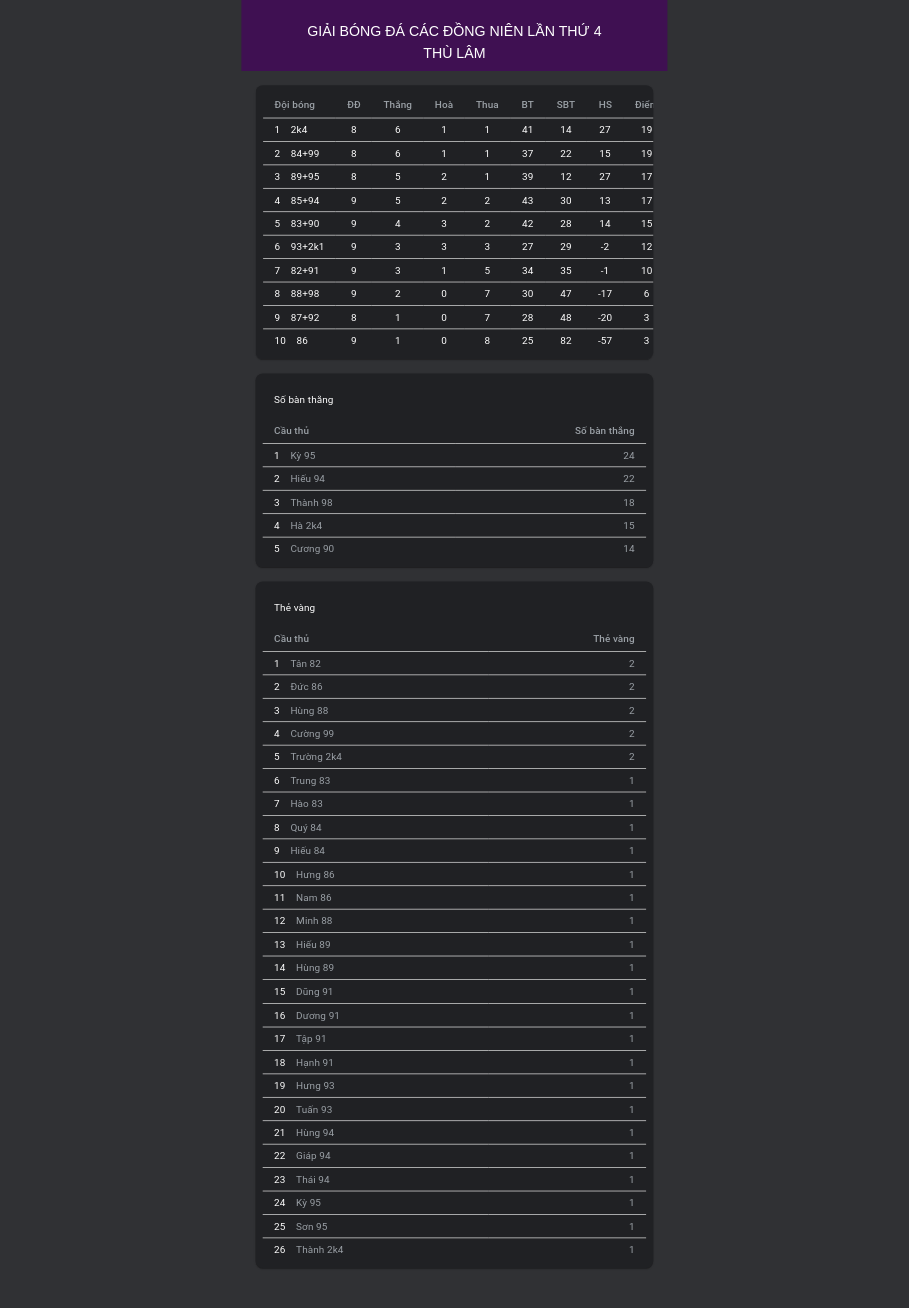
Repository: tuan842001/thulam
Page: /
An editor plug-in stored every save of this project. The page is shown before and after the next save, followed by the edit.
The browser window is 1280 px wide. The pictures show the whole page, at 71% of full size.
The project was rebuilt for these pictures with package versions that can differ from the ones it lists, and the page was loaded fresh each time.

Above is the page before, as saved 2022-01-11 16:05:11.

### public/index.html
<!DOCTYPE html>
<html lang="en">
  <head>
    <meta charset="utf-8" />
    <link rel="icon" href="%PUBLIC_URL%/favicon.ico" />
    <meta name="viewport" content="width=device-width, initial-scale=1" />
    <meta name="theme-color" content="#000000" />
    <meta
      name="description"
      content="Web site created using create-react-app"
    />

    <link href="https://cdn.jsdelivr.net/npm/bootstrap@5.1.3/dist/css/bootstrap.min.css" rel="stylesheet" integrity="sha384-1BmE4kWBq78iYhFldvKuhfTAU6auU8tT94WrHftjDbrCEXSU1oBoqyl2QvZ6jIW3" crossorigin="anonymous">
<script src="https://cdn.jsdelivr.net/npm/bootstrap@5.1.3/dist/js/bootstrap.bundle.min.js" integrity="sha384-ka7Sk0Gln4gmtz2MlQnikT1wXgYsOg+OMhuP+IlRH9sENBO0LRn5q+8nbTov4+1p" crossorigin="anonymous"></script>
    <title>GIẢI BÓNG ĐÁ CÁC ĐỒNG NIÊN THÙ LÂM</title>
  </head>
  <body>
    <noscript>You need to enable JavaScript to run this app.</noscript>
    <div id="root"></div>

  </body>
</html>

### src/App.js
import "./App.css";
import { Header } from "./components/header/Header";
import Card from "./pages/card/Card";
import Statistical from "./pages/statistical/Statistical";
import UserList from "./pages/userList/UserList";

function App() {
  return (
    <div className="App" style={{ height: "102%" }}>
      <Header />
      <UserList />
      <Statistical />
      <Card />
    </div>
  );
}

export default App;

### src/App.css
body {
  margin: 0;
  font-family: 'Montserrat', sans-serif;
  background-color: #303134;
  display: flex;
  justify-content: center;
}

* {
  margin: 0;
}

@media screen and (max-width: 480px) {
  body {
    justify-content: normal;
  }
}

### src/components/header/Header.jsx
import * as React from "react";
import "./header.css";

export const Header = () => {
  return (
    <div className="header">
      <h4>GIẢI BÓNG ĐÁ CÁC ĐỒNG NIÊN LẦN THỨ 4</h4>
      <h3>THÙ LÂM</h3>
    </div>
  );
};

### src/pages/card/Card.jsx
import * as React from "react";
import Table from "@mui/material/Table";
import TableBody from "@mui/material/TableBody";
import TableCell from "@mui/material/TableCell";
import TableContainer from "@mui/material/TableContainer";
import TableHead from "@mui/material/TableHead";
import TableRow from "@mui/material/TableRow";
import Paper from "@mui/material/Paper";

function createData(order, name, goal) {
  return {
    order,
    name,
    goal,
  };
}

const rows = [
  createData(1, "Tân 82", 2),
  createData(2, "Đức 86", 2),
  createData(3, "Hùng 88", 2),
  createData(4, "Cường 99", 2),
  createData(5, "Trường 2k4", 2),
  createData(6, "Trung 83", 1),
  createData(7, "Hào 83", 1),
  createData(8, "Quý 84", 1),
  createData(9, "Hiếu 84", 1),
  createData(10, "Hưng 86", 1),
  createData(11, "Nam 86", 1),
  createData(12, "Minh 88", 1),
  createData(13, "Hiếu 89", 1),
  createData(14, "Hùng 89", 1),
  createData(15, "Dũng 91", 1),
  createData(16, "Dương 91", 1),
  createData(17, "Tập 91", 1),
  createData(18, "Hạnh 91", 1),
  createData(19, "Hưng 93", 1),
  createData(20, "Tuấn 93", 1),
  createData(21, "Hùng 94", 1),
  createData(22, "Giáp 94", 1),
  createData(23, "Thái 94", 1),
  createData(24, "Kỳ 95", 1),
  createData(25, "Sơn 95", 1),
  createData(26, "Thành 2k4", 1),
];

export default function Card() {
  return (
    <TableContainer
      component={Paper}
      style={{
        backgroundColor: "#202124",
        color: "#FFFF",
        margin: "20px",
        width: "560px",
        borderRadius: "10px",
        padding: "10px",
      }}
    >
      <TableCell style={{ color: "#FFFF", borderBottom: "none" }} align="right">
        Thẻ vàng
      </TableCell>
      <Table sx={{ minWidth: 500 }} size="small" aria-label="a dense table">
        <TableHead>
          <TableRow>
            <TableCell style={{ color: "#9aa0a6" }}>Cầu thủ</TableCell>
            <TableCell style={{ color: "#9aa0a6" }} align="right">
              Thẻ vàng
            </TableCell>
          </TableRow>
        </TableHead>
        <TableBody>
          {rows.map((row) => (
            <TableRow
              key={row.name}
              sx={{ "&:last-child td, &:last-child th": { border: 0 } }}
            >
              <TableCell
                component="th"
                scope="row"
                style={{ color: "#9aa0a6" }}
              >
                <span
                  style={{
                    color: "#fff",
                    marginRight: "15px",
                    textAlign: "center",
                  }}
                  align="center"
                >
                  {row.order}
                </span>
                {row.name}
              </TableCell>
              <TableCell style={{ color: "#9aa0a6" }} align="right">
                {row.goal}
              </TableCell>
            </TableRow>
          ))}
        </TableBody>
      </Table>
    </TableContainer>
  );
}

### src/pages/statistical/Statistical.jsx
import * as React from "react";
import Table from "@mui/material/Table";
import TableBody from "@mui/material/TableBody";
import TableCell from "@mui/material/TableCell";
import TableContainer from "@mui/material/TableContainer";
import TableHead from "@mui/material/TableHead";
import TableRow from "@mui/material/TableRow";
import Paper from "@mui/material/Paper";

function createData(order, name, goal) {
  return {
    order,
    name,
    goal,
  };
}

const rows = [
  createData(1, "Kỳ 95", 24),
  createData(2, "Hiếu 94", 22),
  createData(3, "Thành 98", 18),
  createData(4, "Hà 2k4", 15),
  createData(5, "Cương 90", 14),
];

export default function Statistical() {
  return (
    <TableContainer
      component={Paper}
      style={{
        backgroundColor: "#202124",
        color: "#FFFF",
        margin: "20px",
        width: "560px",
        borderRadius: "10px",
        padding: "10px",
      }}
    >
      <TableCell style={{ color: "#FFFF", borderBottom: "none" }} align="right">
        Số bàn thắng
      </TableCell>
      <Table sx={{ minWidth: 500 }} size="small" aria-label="a dense table">
        <TableHead>
          <TableRow>
            <TableCell style={{ color: "#9aa0a6" }}>Cầu thủ</TableCell>
            <TableCell style={{ color: "#9aa0a6" }} align="right">
              Số bàn thắng
            </TableCell>
          </TableRow>
        </TableHead>
        <TableBody>
          {rows.map((row) => (
            <TableRow
              key={row.name}
              sx={{ "&:last-child td, &:last-child th": { border: 0 } }}
            >
              <TableCell
                component="th"
                scope="row"
                style={{ color: "#9aa0a6" }}
              >
                <span
                  style={{
                    color: "#FFFF",
                    marginRight: "15px",
                    textAlign: "center",
                  }}
                  align="center"
                >
                  {row.order}
                </span>
                {row.name}
              </TableCell>
              <TableCell style={{ color: "#9aa0a6" }} align="right">
                {row.goal}
              </TableCell>
            </TableRow>
          ))}
        </TableBody>
      </Table>
    </TableContainer>
  );
}

### src/pages/userList/UserList.jsx
import * as React from "react";
import Table from "@mui/material/Table";
import TableBody from "@mui/material/TableBody";
import TableCell from "@mui/material/TableCell";
import TableContainer from "@mui/material/TableContainer";
import TableHead from "@mui/material/TableHead";
import TableRow from "@mui/material/TableRow";
import Paper from "@mui/material/Paper";

function createData(
  order,
  name,
  fought,
  win,
  draw,
  lose,
  goal,
  goals,
  difference,
  protein
) {
  return {
    order,
    name,
    fought,
    win,
    draw,
    lose,
    goal,
    goals,
    difference,
    protein,
  };
}

const rows = [
  createData(1, "2k4", 8, 6, 1, 1, 41, 14, 27, 19),
  createData(2, "84+99", 8, 6, 1, 1, 37, 22, 15, 19),
  createData(3, "89+95", 8, 5, 2, 1, 39, 12, 27, 17),
  createData(4, "85+94", 9, 5, 2, 2, 43, 30, 13, 17),
  createData(5, "83+90", 9, 4, 3, 2, 42, 28, 14, 15),
  createData(6, "93+2k1", 9, 3, 3, 3, 27, 29, -2, 12),
  createData(7, "82+91", 9, 3, 1, 5, 34, 35, -1, 10),
  createData(8, "88+98", 9, 2, 0, 7, 30, 47, -17, 6),
  createData(9, "87+92", 8, 1, 0, 7, 28, 48, -20, 3),
  createData(10, "86", 9, 1, 0, 8, 25, 82, -57, 3),
];

export default function UserList() {
  return (
    <TableContainer
      component={Paper}
      style={{
        backgroundColor: "#202124",
        color: "#FFFF",
        margin: "20px",
        width: "560px",
        borderRadius: "10px",
        padding: "10px",
      }}
    >
      <Table
        sx={{ minWidth: 500 }}
        size="small"
        aria-label="a dense table"
        className="TableSX"
      >
        <TableHead>
          <TableRow>
            <TableCell style={{ color: "#9aa0a6" }}>Đội bóng</TableCell>
            <TableCell style={{ color: "#9aa0a6" }} align="right">
              ĐĐ
            </TableCell>
            <TableCell style={{ color: "#9aa0a6" }} align="right">
              Thắng
            </TableCell>
            <TableCell style={{ color: "#9aa0a6" }} align="right">
              Hoà
            </TableCell>
            <TableCell style={{ color: "#9aa0a6" }} align="right">
              Thua
            </TableCell>
            <TableCell style={{ color: "#9aa0a6" }} align="right">
              BT
            </TableCell>
            <TableCell style={{ color: "#9aa0a6" }} align="right">
              SBT
            </TableCell>
            <TableCell style={{ color: "#9aa0a6" }} align="right">
              HS
            </TableCell>
            <TableCell style={{ color: "#9aa0a6" }} align="right">
              Điểm
            </TableCell>
          </TableRow>
        </TableHead>
        <TableBody>
          {rows.map((row) => (
            <TableRow
              key={row.name}
              sx={{ "&:last-child td, &:last-child th": { border: 0 } }}
            >
              <TableCell component="th" scope="row" style={{ color: "#FFFF" }}>
                <span
                  style={{
                    color: "#FFFF",
                    marginRight: "15px",
                    textAlign: "center",
                  }}
                  align="center"
                >
                  {row.order}
                </span>

                {row.name}
              </TableCell>
              <TableCell style={{ color: "#FFFF" }} align="center">
                {row.fought}
              </TableCell>
              <TableCell style={{ color: "#FFFF" }} align="center">
                {row.win}
              </TableCell>
              <TableCell style={{ color: "#FFFF" }} align="center">
                {row.draw}
              </TableCell>
              <TableCell style={{ color: "#FFFF" }} align="center">
                {row.lose}
              </TableCell>
              <TableCell style={{ color: "#FFFF" }} align="center">
                {row.goal}
              </TableCell>
              <TableCell style={{ color: "#FFFF" }} align="center">
                {row.goals}
              </TableCell>
              <TableCell style={{ color: "#FFFF" }} align="center">
                {row.difference}
              </TableCell>
              <TableCell style={{ color: "#FFFF" }} align="center">
                {row.protein}
              </TableCell>
            </TableRow>
          ))}
        </TableBody>
      </Table>
    </TableContainer>
  );
}

### src/components/header/header.css
.header {
    background: #3F1052;
    height: 100px;
    width: 600px;
    text-align: center;
    color: #fff;
    display: flex;
    align-content: center;
    flex-direction: column;
    justify-content: center;
    padding-top: 25px;
}

.header h4 {
    font-size: 20px;
}

.header h3 {
    font-size: 20px;
}

Loaded but not shown: src/index.js (common file)

After the next save:
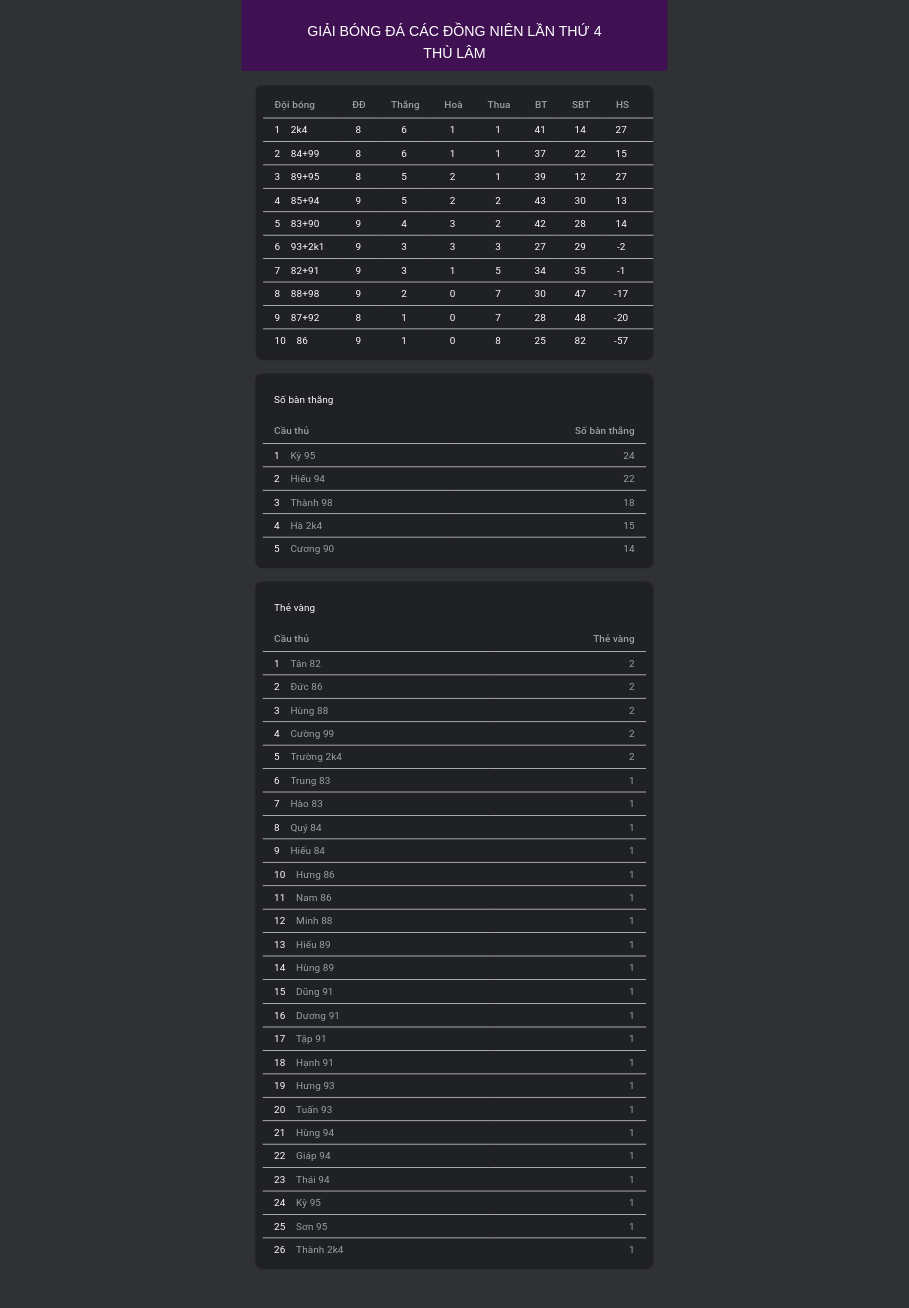
Saved 6 s later.
--- a/src/pages/userList/UserList.jsx
+++ b/src/pages/userList/UserList.jsx
@@ -60,7 +60,7 @@ export default function UserList() {
       }}
     >
       <Table
-        sx={{ minWidth: 500 }}
+        sx={{ minWidth: 600 }}
         size="small"
         aria-label="a dense table"
         className="TableSX"
